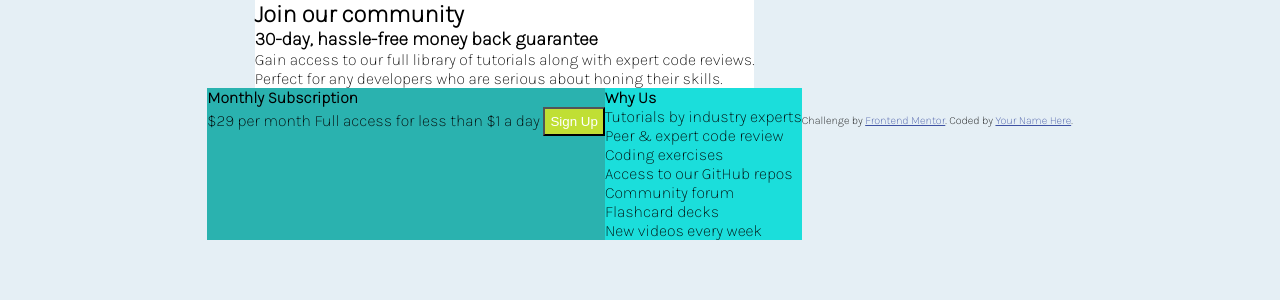
Repository: jminervino/PriceGridComponent
Page: index.html
These files come from the project's save history. The page is drawn as it stood at one moment and after the next save; the edit follows.
The browser window is 1280 px wide. The pictures show the whole page.

Above is the page before, as saved 2022-02-05 23:03:08.

After the next save:
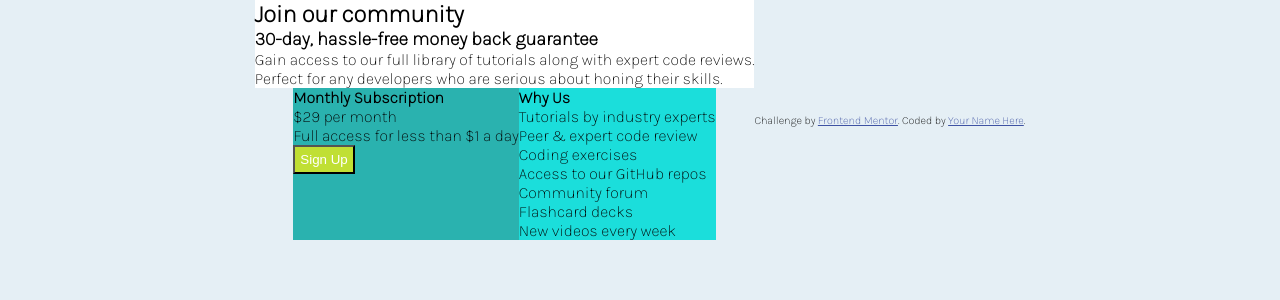
Saved 34 s later.
--- a/index.html
+++ b/index.html
@@ -33,7 +33,7 @@
 
                 &dollar;29 per month
 
-                Full access for less than &dollar;1 a day
+                <p>Full access for less than &dollar;1 a day</p>
 
                 <button>Sign Up</button>
             </div>
